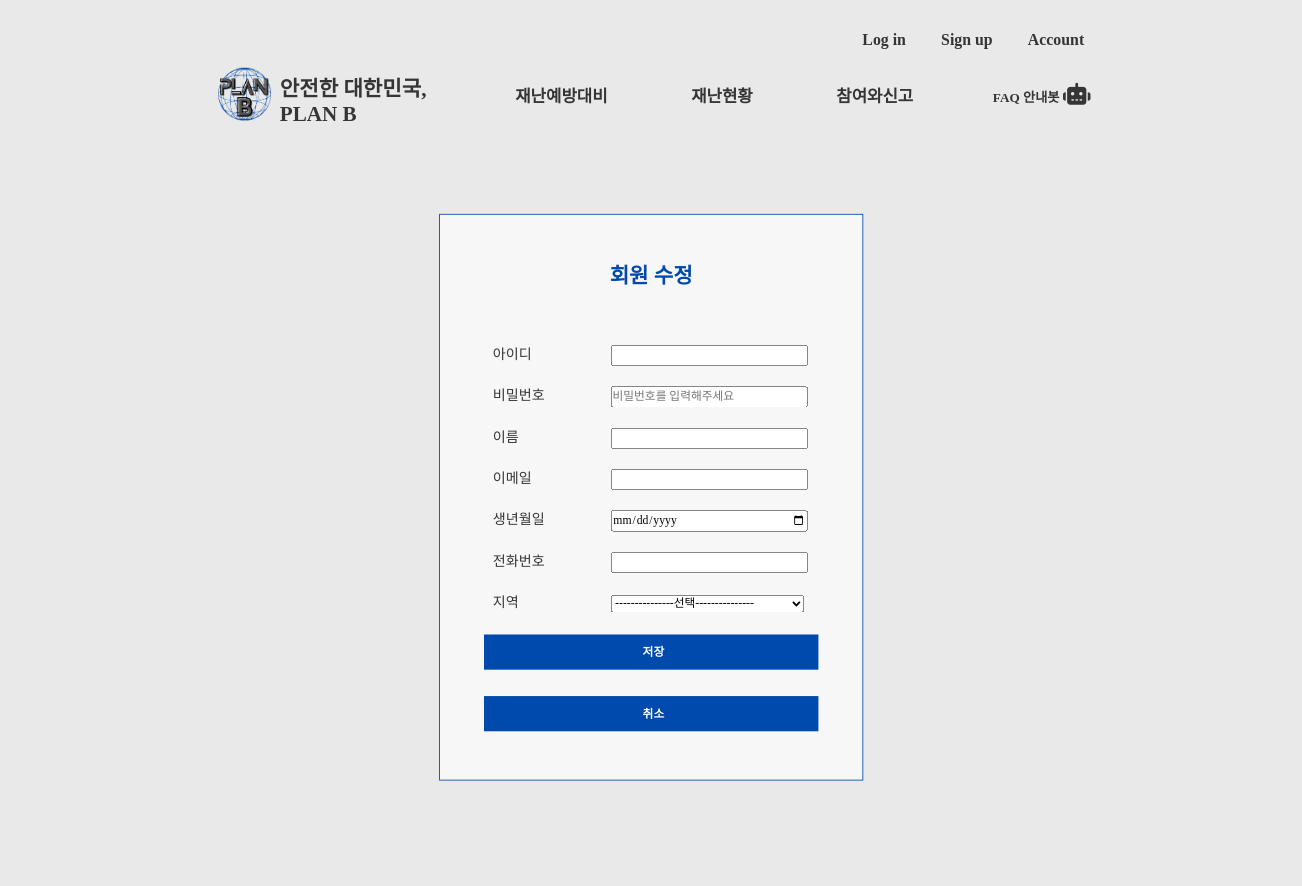
Repository: finalteam4/final
Page: http://localhost/member/update
The author's editor kept a copy of each file at every save. The page is drawn from the files as they stood at one save, then again after the next save.
The browser window is 1280 px wide. The page is 1480 px wide, so the pictures cover 1480 px, including what lies to the right of the window. The pictures show the whole page, at 88% of full size.
Some web libraries are served in a nearby version. The page is this project's Thymeleaf template; nobody is signed in. The template is opened directly, without the code that normally fills it, so the values that code supplies are empty.

Above is the page before, as saved 2024-02-08 06:46:20.

After the next save:
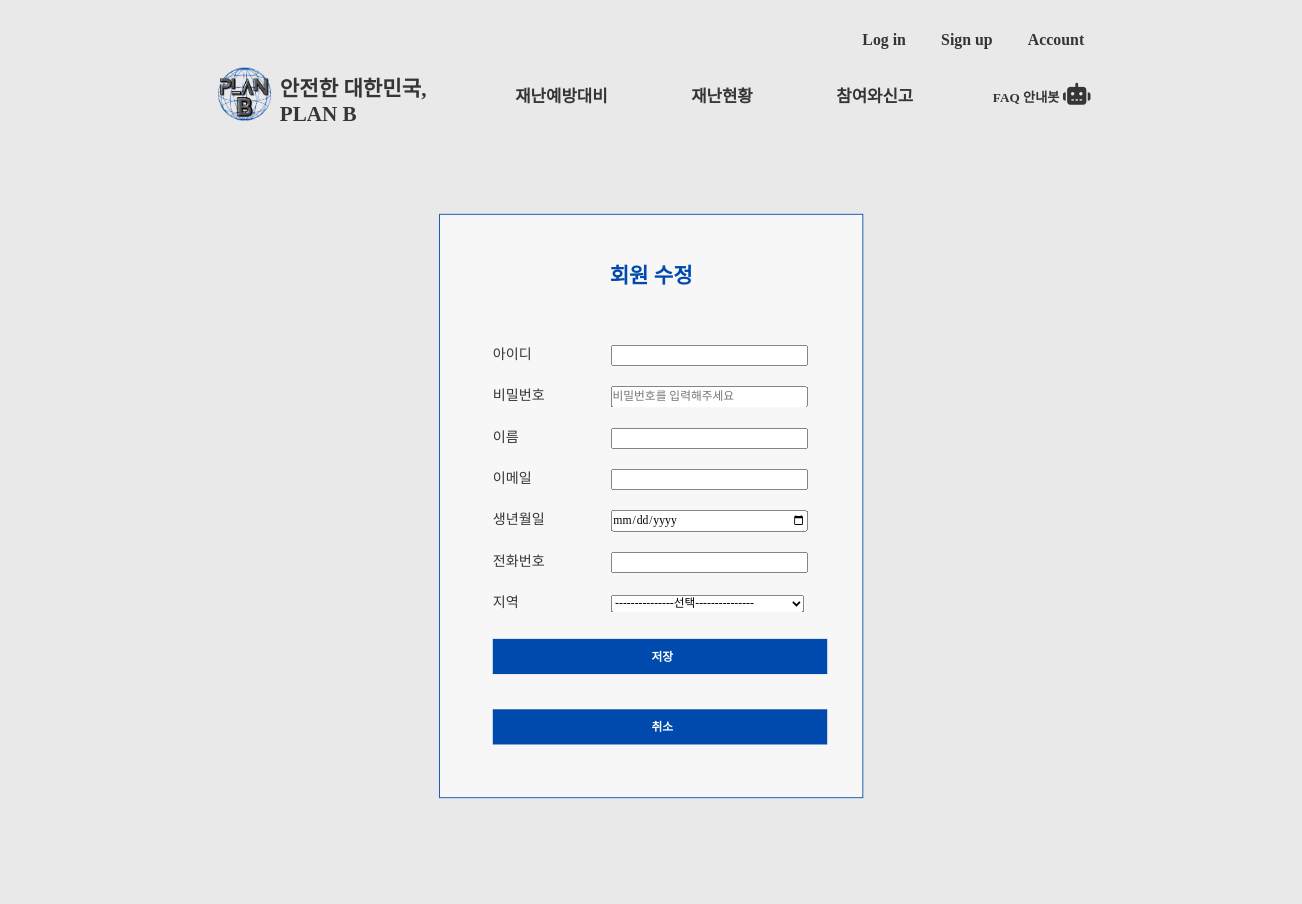
Saved 38 s later.
--- a/final/src/main/resources/static/css/style.css
+++ b/final/src/main/resources/static/css/style.css
@@ -305,6 +305,7 @@ ul li{list-style: none;}
   }
 
   #update #updatef{
+  	margin: 20px;
     background-color: #004aad;
     color: white;
     font-weight: bold;
